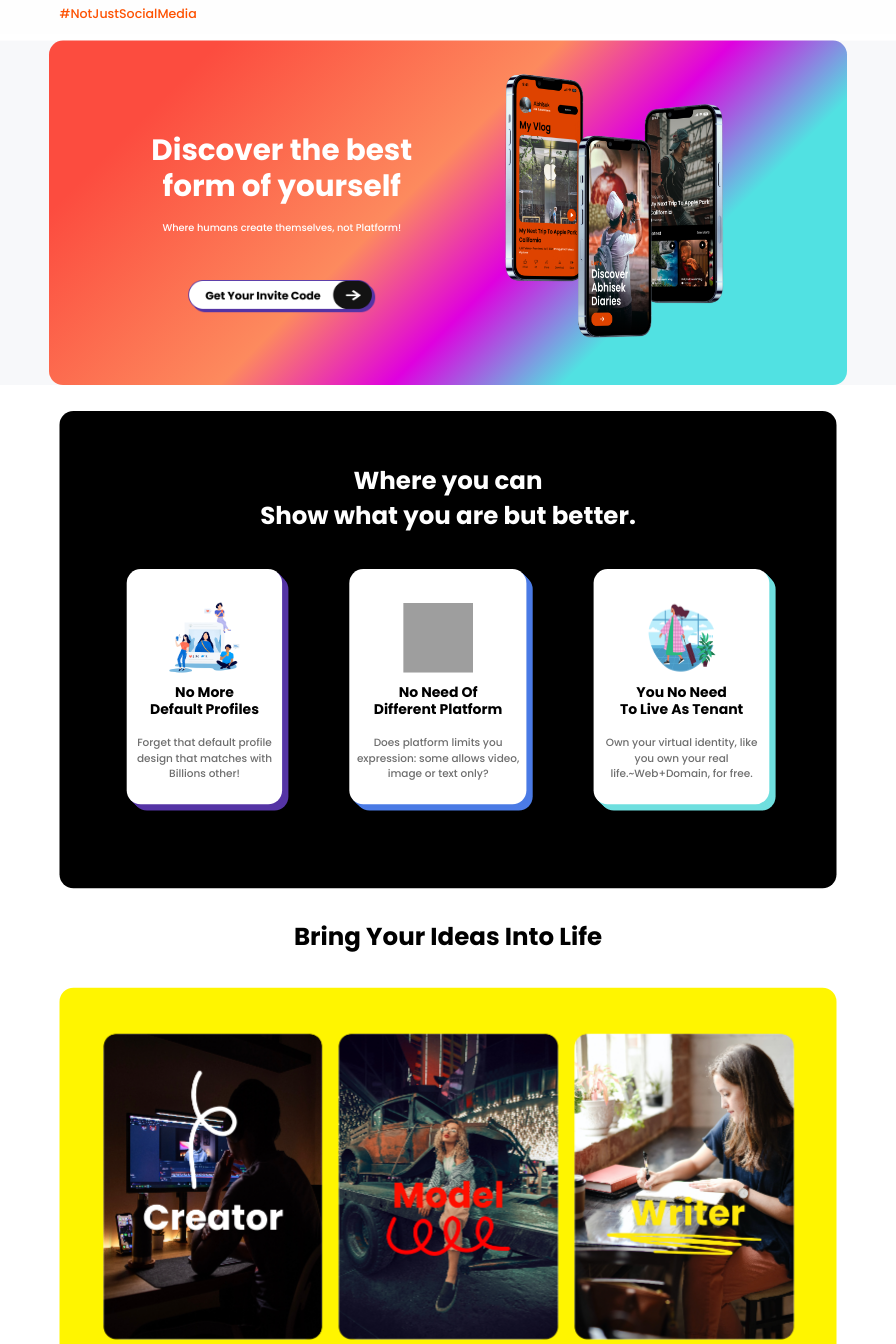
Repository: itsmesikandar/swavy.in.github.io
Page: index.html
These files come from the project's save history. The page is drawn as it stood at one moment and after the next save; the edit follows.
The browser window is 1280 px wide. The pictures show the part of the page from y = 0 to 1920 px (the page is 5180 px tall), at 70% of full size.
Pictures or frames that could not be fetched are drawn as grey boxes.

Above is the page before, as saved 2023-02-24 17:57:43.
Console error: TypeError: Cannot read properties of undefined (reading 'fn')

After the next save:
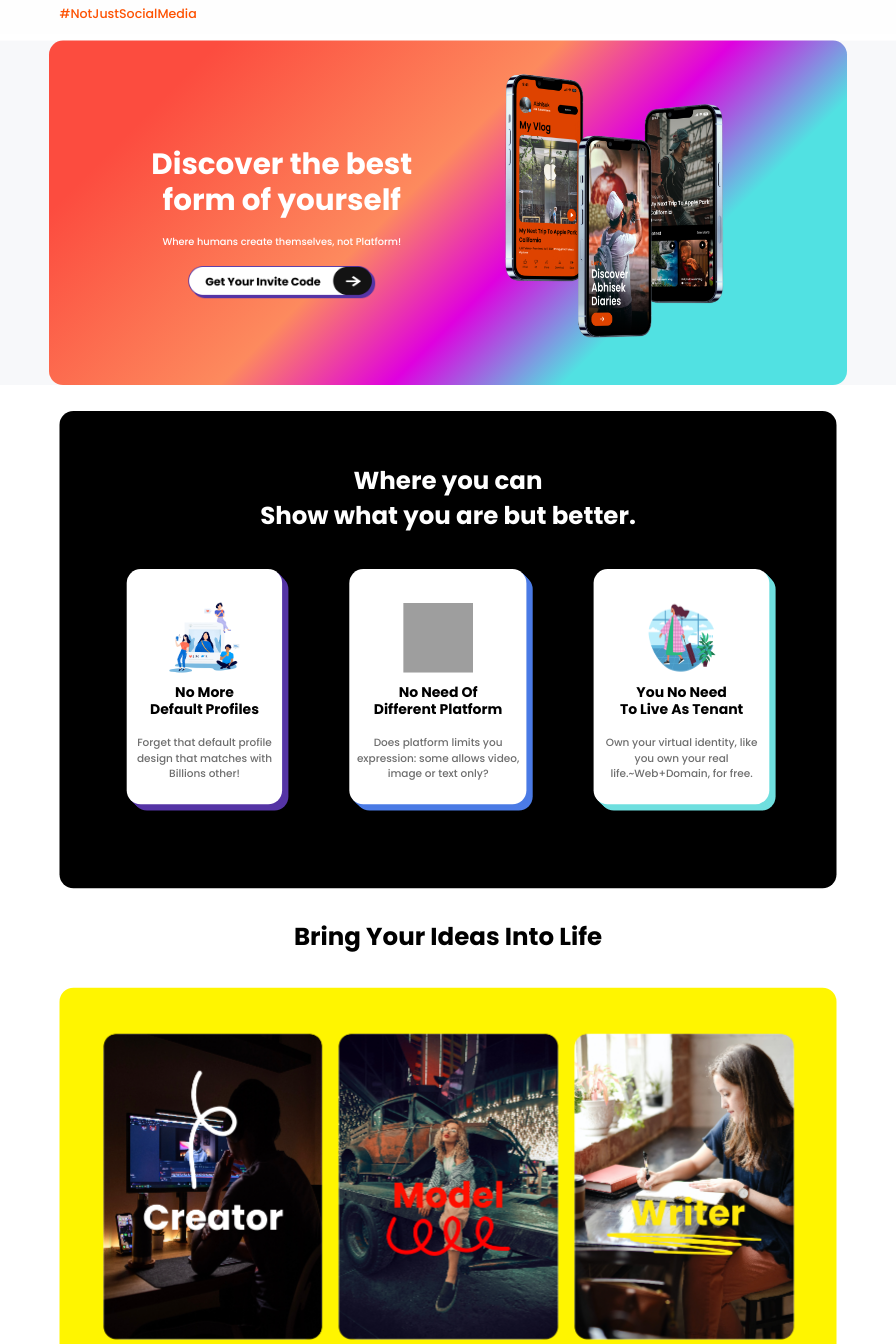
Saved 24 s later.
--- a/index.html
+++ b/index.html
@@ -40,7 +40,7 @@
           <div class="">
             <h1 class="m-0 font-wt-h1 mb-4">Discover the best<br> form of yourself</h1>
             <p class="font-wt-h ">Where humans create themselves, not Platform!</p>
-            <img id="gcode" class="mt-5" width="60%" src="images/img-top.png" >
+            <img id="gcode" class="mt-2" width="60%" src="images/img-top.png" >
           </div>
         </div>
         <div class="col-lg-5 col-md-6 ">
